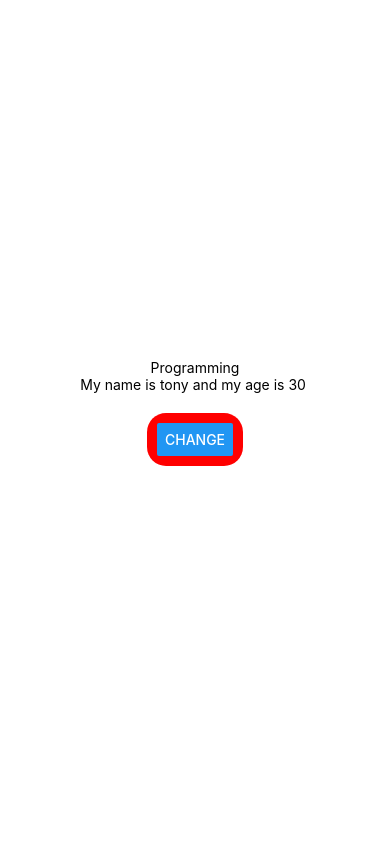
Repository: akinmiday/ReactNativeApp
Screen: /
The author's editor kept a copy of each file at every save. The screen is drawn from the files as they stood at one save, then again after the next save.
The app was drawn by React Native's web renderer in a window 390 px wide. The project was rebuilt for these pictures with package versions that can differ from the ones it lists, and the page was loaded fresh each time. Some packages were replaced by stand-ins written for this rebuild.

Above is the screen before, as saved 2023-08-03 07:31:42.

After the next save:
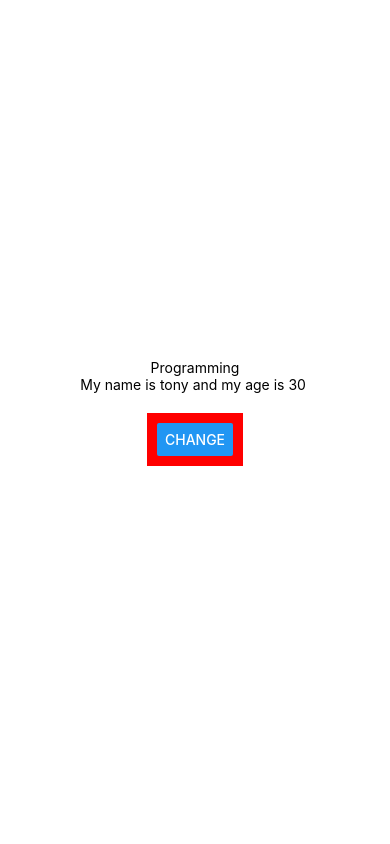
Saved 52 s later.
--- a/App.js
+++ b/App.js
@@ -34,7 +34,6 @@ const styles = StyleSheet.create({
   button: {
     backgroundColor: "red",
     padding: 10,
-    borderRadius: 19,
     margin: 20,
   },
 });
